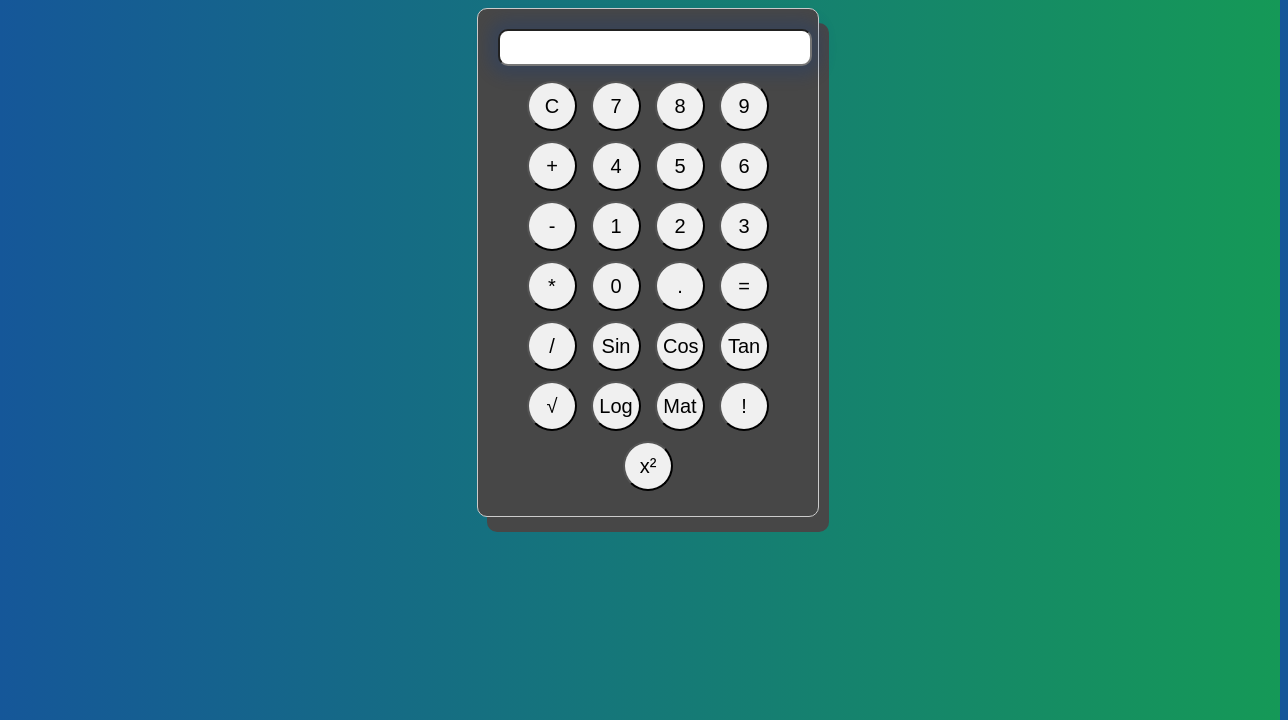
Repository: qtqqrdy13/calculator-javascript
Page: index.html
The author's editor kept a copy of each file at every save. The page is drawn from the files as they stood at one save, then again after the next save.
The browser window is 1280 px wide. The page is 1288 px wide, so the pictures cover 1288 px, including what lies to the right of the window. The pictures show the whole page.

Above is the page before, as saved 2023-10-23 15:16:17.

### index.html
<!DOCTYPE html>
<html lang="en">
<head>
    <meta charset="UTF-8">
     <link rel="stylesheet" href="style.css">

    <meta name="viewport" content="width=device-width, initial-scale=1.0">
    <title>Document</title>
</head>
<body>
    <div class="calculator">
        <input type="text" id="display">
        <div class="buttons">
            <button onclick="clearDisplay()">C</button>
            <button onclick="appendToDisplay('7')">7</button>
            <button onclick="appendToDisplay('8')">8</button>
            <button onclick="appendToDisplay('9')">9</button>
            <button onclick="appendToDisplay('+')">+</button>
            <button onclick="appendToDisplay('4')">4</button>
            <button onclick="appendToDisplay('5')">5</button>
            <button onclick="appendToDisplay('6')">6</button>
            <button onclick="appendToDisplay('-')">-</button>
            <button onclick="appendToDisplay('1')">1</button>
            <button onclick="appendToDisplay('2')">2</button>
            <button onclick="appendToDisplay('3')">3</button>
            <button onclick="appendToDisplay('*')">*</button>
            <button onclick="appendToDisplay('0')">0</button>
            <button onclick="appendToDisplay('.')">.</button>
            <button onclick="calculateResult()">=</button>
            <button onclick="appendToDisplay('/')">/</button>
            <button onclick="calculatesSin()">Sin</button>
            <button onclick="calculateCos()">Cos</button>
            <button onclick="calculateTangent()">Tan</button>
            <button onclick="calculateSquareRoot()">√</button>
            <button onclick="calculateLog()">Log</button>
            <button onclick="calculateMatrix()">Mat</button>
            <button onclick="calculateFactorial()">!</button>
            <button onclick="calculateSquareRoot()">x²</button>
        </div>
    </div>
    <script src="script.js"></script>

</body>
</html>

### style.css
body{
    width: 100%;
    height: 100%;
    background: #159957;  /* fallback for old browsers */
    background: -webkit-linear-gradient(to right, #155799, #159957);  /* Chrome 10-25, Safari 5.1-6 */
    background: linear-gradient(to right, #155799, #159957); /* W3C, IE 10+/ Edge, Firefox 16+, Chrome 26+, Opera 12+, Safari 7+ */
    ;
}
.calculator{
    width: 300px;
    margin: 0 auto;
    text-align: center;
    padding: 20px;
    border: 1px solid #ccc;
    box-shadow: 10px 15px rgb(71, 71, 71);
    background: rgb(71, 71, 71);
    border-radius: 10px;
}
#display{
    width: 100%;
    margin-bottom: 10px;
    padding: 5px;
    font-size: 20px;
    border-radius:10px;
    box-shadow: 0 0 15px 10px rgba(255, 0, 0, 0.2);
    animation: rainbow 3s infinite;
}
@keyframes rainbow {
    0%{
        box-shadow:0 0 15px 10px rgba(255,0 ,0 ,0.2 )
    }
    20%{
        box-shadow: 0 0 15px 10px rgba(255, 165, 0, 0.2)
    }
    40%{
        box-shadow: 0 0 15px 10px rgba(255,255,0, 0.2)
    }
    60%{
        box-shadow: 0 0 15px 10px rgba(0,128 , 0, 0.2);
    }
    80%{
        box-shadow: 0 0 15px 10px rgba(0, 0, 255, 0.2);
    }
    100%{
        box-shadow: 0 0 15px 10px rgba(128,0,128,0.2);
    }
}
.buttons button{
    width: 50px;
    height: 50px;
    font-size: 20px;
    margin: 5px;
    cursor:pointer;
    border-radius:50%;
    background-color: #f0f0f0;
    transition: background-color 0.3s, transform 0.3s, box-shadow 0.3s ;
    position: relative;
    overflow: hidden;
}
.buttons button::before{
content:"";
position: absolute;
top: -50%;
left:-50%;
width: 200%;
height:200%;
background:conic-gradient(from 0 dec, red, blue, green, yellow, cyan, magenta, brown );
background-size: 400% 400%;
border-radius:50%;
opacity: 0;
transition: opacity 0.3s;
}
.buttons button:hover::before{
    opacity: 0;
}
buttons button:hover{
    background-color:#b0b0b0;
    box-shadow: 0 0 10px red , 0 0 10px green, 0 0 10px blue;
    transform:scale (1.05);
}
buttons button:active{
    transform:scale(0.95);
    box-shadow:0 0 15px 10px rgba(0,0,0 ,0.2 );
}

Loaded but not shown: script.js (no stored copy; drawn as an empty file)

After the next save:
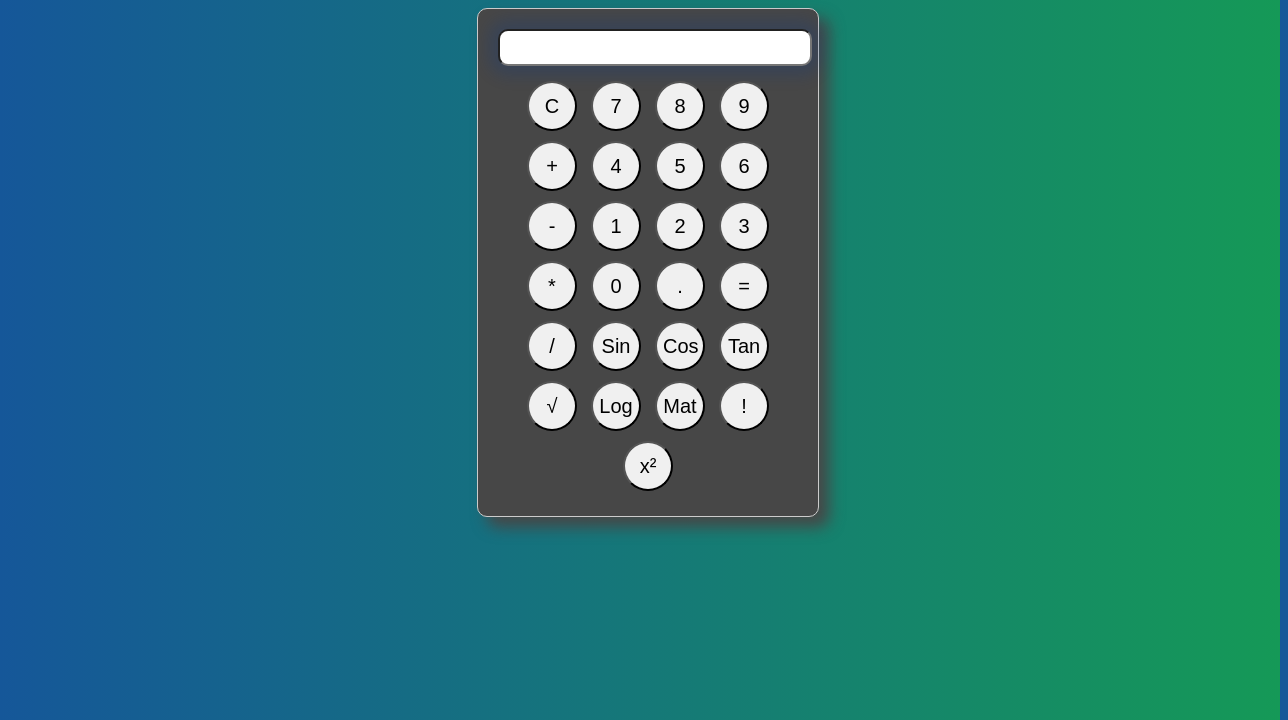
Saved 59 s later.
--- a/style.css
+++ b/style.css
@@ -12,7 +12,7 @@ body{
     text-align: center;
     padding: 20px;
     border: 1px solid #ccc;
-    box-shadow: 10px 15px rgb(71, 71, 71);
+    box-shadow: 10px 10px 15px rgb(71, 71, 71);
     background: rgb(71, 71, 71);
     border-radius: 10px;
 }
